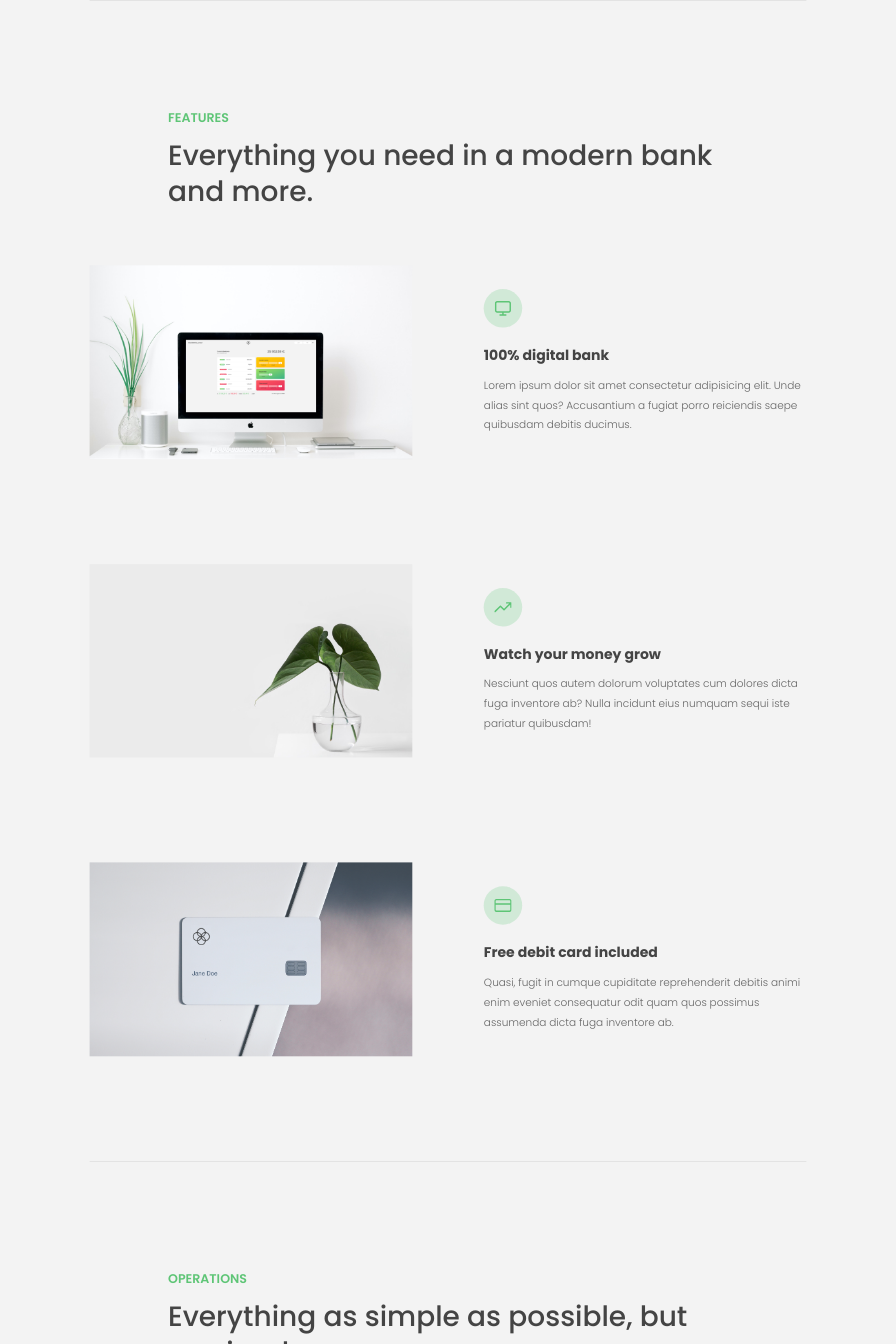
Repository: nptg3105/Bankist
Page: index.html
An editor plug-in stored every save of this project. The page is shown before and after the next save, followed by the edit.
The browser window is 1280 px wide. The pictures show the part of the page from y = 720 to 2640 px (the page is 5090 px tall), at 70% of full size.
Some web libraries are served in a nearby version.

Above is the page before, as saved 2022-06-02 15:45:17.

### index.html
<!DOCTYPE html>
<html lang="en">
  <head>
    <meta charset="UTF-8" />
    <meta name="viewport" content="width=device-width, initial-scale=1.0" />
    <meta http-equiv="X-UA-Compatible" content="ie=edge" />
    <link rel="shortcut icon" type="image/png" href="images/icon.png" />

    <link
      href="https://fonts.googleapis.com/css?family=Poppins:300,400,500,600&display=swap"
      rel="stylesheet"
    />
    <link
      rel="stylesheet"
      href="https://cdnjs.cloudflare.com/ajax/libs/font-awesome/6.1.1/css/all.min.css"
      integrity="sha512-KfkfwYDsLkIlwQp6LFnl8zNdLGxu9YAA1QvwINks4PhcElQSvqcyVLLD9aMhXd13uQjoXtEKNosOWaZqXgel0g=="
      crossorigin="anonymous"
      referrerpolicy="no-referrer"
    />
    <link rel="stylesheet" href="dist/index.css" />
    <title>Bankist | When Banking meets Minimalist</title>
  </head>
  <body>
    <header class="header">
      <nav class="nav">
        <img
          src="images/logo.png"
          alt="Bankist logo"
          class="nav__logo"
          id="logo"
        />
        <ul class="nav__links">
          <li class="nav__item">
            <a class="nav__link" href="#section--1">Features</a>
          </li>
          <li class="nav__item">
            <a class="nav__link" href="#section--2">Operations</a>
          </li>
          <li class="nav__item">
            <a class="nav__link" href="#section--3">Testimonials</a>
          </li>
          <li class="nav__item">
            <a class="nav__link nav__link--btn btn--show-modal" href="#"
              >Open account</a
            >
          </li>
        </ul>
      </nav>

      <div class="header__title container">
        <h1>
          When
          <!-- Green highlight effect -->
          <span class="highlight">banking</span>
          meets<br />
          <span class="highlight">minimalist</span>
        </h1>
        <h4>A simpler banking experience for a simpler life.</h4>
        <button class="btn--text btn--scroll-to">Learn more &DownArrow;</button>
        <img
          src="images/hero.png"
          class="header__img"
          alt="Minimalist bank items"
        />
      </div>
    </header>

    <section class="section container" id="section--1">
      <div class="section__title">
        <h2 class="section__description">Features</h2>
        <h3 class="section__header">
          Everything you need in a modern bank and more.
        </h3>
      </div>

      <div class="features">
        <div class="features__item">
          <img
            src="images/digital-lazy.jpg"
            data-src="images/digital.jpg"
            alt="Computer"
            class="features__img lazy-img"
          />
          <div class="features__feature">
            <div class="features__icon">
              <svg>
                <use xlink:href="images/icons.svg#icon-monitor"></use>
              </svg>
            </div>
            <h5 class="features__header">100% digital bank</h5>
            <p>
              Lorem ipsum dolor sit amet consectetur adipisicing elit. Unde
              alias sint quos? Accusantium a fugiat porro reiciendis saepe
              quibusdam debitis ducimus.
            </p>
          </div>
        </div>

        <div class="features__item">
          <img
            src="images/grow-lazy.jpg"
            data-src="images/grow.jpg"
            alt="Plant"
            class="features__img lazy-img"
          />
          <div class="features__feature">
            <div class="features__icon">
              <svg>
                <use xlink:href="images/icons.svg#icon-trending-up"></use>
              </svg>
            </div>
            <h5 class="features__header">Watch your money grow</h5>
            <p>
              Nesciunt quos autem dolorum voluptates cum dolores dicta fuga
              inventore ab? Nulla incidunt eius numquam sequi iste pariatur
              quibusdam!
            </p>
          </div>
        </div>

        <div class="features__item">
          <img
            src="images/card-lazy.jpg"
            data-src="images/card.jpg"
            alt="Credit card"
            class="features__img lazy-img"
          />
          <div class="features__feature">
            <div class="features__icon">
              <svg>
                <use xlink:href="images/icons.svg#icon-credit-card"></use>
              </svg>
            </div>
            <h5 class="features__header">Free debit card included</h5>
            <p>
              Quasi, fugit in cumque cupiditate reprehenderit debitis animi enim
              eveniet consequatur odit quam quos possimus assumenda dicta fuga
              inventore ab.
            </p>
          </div>
        </div>
      </div>
    </section>

    <section class="section container" id="section--2">
      <div class="section__title">
        <h2 class="section__description">Operations</h2>
        <h3 class="section__header">
          Everything as simple as possible, but no simpler.
        </h3>
      </div>

      <div class="operations">
        <div class="operations__tab-container">
          <button
            class="btn operations__tab operations__tab--1 operations__tab--active"
            data-tab="1"
          >
            <span>01</span>Instant Transfers
          </button>
          <button class="btn operations__tab operations__tab--2" data-tab="2">
            <span>02</span>Instant Loans
          </button>
          <button class="btn operations__tab operations__tab--3" data-tab="3">
            <span>03</span>Instant Closing
          </button>
        </div>
        <div
          class="operations__content operations__content--1 operations__content--active"
        >
          <div class="operations__icon operations__icon--1">
            <svg>
              <use xlink:href="images/icons.svg#icon-upload"></use>
            </svg>
          </div>
          <h5 class="operations__header">
            Tranfser money to anyone, instantly! No fees, no BS.
          </h5>
          <p>
            Lorem ipsum dolor sit amet, consectetur adipisicing elit, sed do
            eiusmod tempor incididunt ut labore et dolore magna aliqua. Ut enim
            ad minim veniam, quis nostrud exercitation ullamco laboris nisi ut
            aliquip ex ea commodo consequat.
          </p>
        </div>

        <div class="operations__content operations__content--2">
          <div class="operations__icon operations__icon--2">
            <svg>
              <use xlink:href="images/icons.svg#icon-home"></use>
            </svg>
          </div>
          <h5 class="operations__header">
            Buy a home or make your dreams come true, with instant loans.
          </h5>
          <p>
            Duis aute irure dolor in reprehenderit in voluptate velit esse
            cillum dolore eu fugiat nulla pariatur. Excepteur sint occaecat
            cupidatat non proident, sunt in culpa qui officia deserunt mollit
            anim id est laborum.
          </p>
        </div>
        <div class="operations__content operations__content--3">
          <div class="operations__icon operations__icon--3">
            <svg>
              <use xlink:href="images/icons.svg#icon-user-x"></use>
            </svg>
          </div>
          <h5 class="operations__header">
            No longer need your account? No problem! Close it instantly.
          </h5>
          <p>
            Excepteur sint occaecat cupidatat non proident, sunt in culpa qui
            officia deserunt mollit anim id est laborum. Ut enim ad minim
            veniam, quis nostrud exercitation ullamco laboris nisi ut aliquip ex
            ea commodo consequat.
          </p>
        </div>
      </div>
    </section>

    <section class="section container" id="section--3">
      <div class="section__title section__title--testimonials">
        <h2 class="section__description">Not sure yet?</h2>
        <h3 class="section__header">
          Millions of Bankists are already making their lifes simpler.
        </h3>
      </div>

      <div class="slider">
        <div class="slide slide--1">
          <div class="testimonial">
            <h5 class="testimonial__header">Best financial decision ever!</h5>
            <blockquote class="testimonial__text">
              Lorem ipsum dolor sit, amet consectetur adipisicing elit.
              Accusantium quas quisquam non? Quas voluptate nulla minima
              deleniti optio ullam nesciunt, numquam corporis et asperiores
              laboriosam sunt, praesentium suscipit blanditiis. Necessitatibus
              id alias reiciendis, perferendis facere pariatur dolore veniam
              autem esse non voluptatem saepe provident nihil molestiae.
            </blockquote>
            <address class="testimonial__author">
              <img src="images/user-1.jpg" alt="" class="testimonial__photo" />
              <h6 class="testimonial__name">Aarav Lynn</h6>
              <p class="testimonial__location">San Francisco, USA</p>
            </address>
          </div>
        </div>

        <div class="slide slide--2">
          <div class="testimonial">
            <h5 class="testimonial__header">
              The last step to becoming a complete minimalist
            </h5>
            <blockquote class="testimonial__text">
              Quisquam itaque deserunt ullam, quia ea repellendus provident,
              ducimus neque ipsam modi voluptatibus doloremque, corrupti
              laborum. Incidunt numquam perferendis veritatis neque repellendus.
              Lorem, ipsum dolor sit amet consectetur adipisicing elit. Illo
              deserunt exercitationem deleniti.
            </blockquote>
            <address class="testimonial__author">
              <img src="images/user-2.jpg" alt="" class="testimonial__photo" />
              <h6 class="testimonial__name">Miyah Miles</h6>
              <p class="testimonial__location">London, UK</p>
            </address>
          </div>
        </div>

        <div class="slide slide--3">
          <div class="testimonial">
            <h5 class="testimonial__header">
              Finally free from old-school banks
            </h5>
            <blockquote class="testimonial__text">
              Debitis, nihil sit minus suscipit magni aperiam vel tenetur
              incidunt commodi architecto numquam omnis nulla autem,
              necessitatibus blanditiis modi similique quidem. Odio aliquam
              culpa dicta beatae quod maiores ipsa minus consequatur error sunt,
              deleniti saepe aliquid quos inventore sequi. Necessitatibus id
              alias reiciendis, perferendis facere.
            </blockquote>
            <address class="testimonial__author">
              <img src="images/user-3.jpg" alt="" class="testimonial__photo" />
              <h6 class="testimonial__name">Francisco Gomes</h6>
              <p class="testimonial__location">Lisbon, Portugal</p>
            </address>
          </div>
        </div>

        <!-- <div class="slide"><img src="images/img-1.jpg" alt="Photo 1" /></div>
        <div class="slide"><img src="images/img-2.jpg" alt="Photo 2" /></div>
        <div class="slide"><img src="images/img-3.jpg" alt="Photo 3" /></div>
        <div class="slide"><img src="images/img-4.jpg" alt="Photo 4" /></div> -->
        <button class="slider__btn slider__btn--left">&larr;</button>
        <button class="slider__btn slider__btn--right">&rarr;</button>
        <div class="dots"></div>
      </div>
    </section>

    <section class="section section--sign-up">
      <div class="section__title">
        <h3 class="section__header">
          The best day to join Bankist was one year ago. The second best is
          today!
        </h3>
      </div>
      <button class="btn btn--show-modal">Open your free account today!</button>
    </section>

    <footer class="footer">
      <ul class="footer__nav">
        <li class="footer__item">
          <a class="footer__link" href="#">About</a>
        </li>
        <li class="footer__item">
          <a class="footer__link" href="#">Pricing</a>
        </li>
        <li class="footer__item">
          <a class="footer__link" href="#">Terms of Use</a>
        </li>
        <li class="footer__item">
          <a class="footer__link" href="#">Privacy Policy</a>
        </li>
        <li class="footer__item">
          <a class="footer__link" href="#">Careers</a>
        </li>
        <li class="footer__item">
          <a class="footer__link" href="#">Blog</a>
        </li>
        <li class="footer__item">
          <a class="footer__link" href="#">Contact Us</a>
        </li>
      </ul>
      <img src="images/icon.png" alt="Logo" class="footer__logo" />
      <p class="footer__copyright">
        &copy; Copyright by
        <a
          class="footer__link twitter-link"
          target="_blank"
          href="https://twitter.com/jonasschmedtman"
          >Jonas Schmedtmann</a
        >. Use for learning or your portfolio. Don't use to teach. Don't claim
        as your own product.
      </p>
    </footer>

    <div class="modal hidden">
      <button class="btn--close-modal">&times;</button>
      <h2 class="modal__header">
        Open your bank account <br />
        in just <span class="highlight">5 minutes</span>
      </h2>
      <form class="modal__form">
        <label>First Name</label>
        <input type="text" />
        <label>Last Name</label>
        <input type="text" />
        <label>Email Address</label>
        <input type="email" />
        <button class="btn">Next step &rarr;</button>
      </form>
    </div>
    <div class="overlay hidden"></div>

    <script src="./src/js/script.js"></script>
  </body>
</html>

### src/js/script.js
"use strict";

///////////////////////////////////////
// Modal window

const modal = document.querySelector(".modal");
const overlay = document.querySelector(".overlay");
const btnCloseModal = document.querySelector(".btn--close-modal");
const btnsOpenModal = document.querySelectorAll(".btn--show-modal");

const btnScroll = document.querySelector(".btn--scroll-to");
const section1 = document.querySelector("#section--1");

const tabs = document.querySelectorAll(".operations__tab");
const tabsContainer = document.querySelector(".operations__tab-container");
const tabsContent = document.querySelectorAll(".operations__content");

const nav = document.querySelector(".nav");

const openModal = function (e) {
  e.preventDefault();
  modal.classList.remove("hidden");
  overlay.classList.remove("hidden");
};

const closeModal = function () {
  modal.classList.add("hidden");
  overlay.classList.add("hidden");
};

btnsOpenModal.forEach((btn) => {
  btn.addEventListener("click", openModal);
});

btnCloseModal.addEventListener("click", closeModal);
overlay.addEventListener("click", closeModal);

document.addEventListener("keydown", function (e) {
  if (e.key === "Escape" && !modal.classList.contains("hidden")) {
    closeModal();
  }
});

//Scroll Smooth
btnScroll.addEventListener("click", function () {
  section1.scrollIntoView({ behavior: "smooth" });
});

document.querySelector(".nav__links").addEventListener("click", (e) => {
  e.preventDefault();
  if (e.target.classList.contains("nav__link")) {
    const id = e.target.getAttribute("href");
    document.querySelector(id).scrollIntoView({ behavior: "smooth" });
  }
});

//Tabbed Component
tabsContainer.addEventListener("click", function (e) {
  const clicked = e.target.closest(".operations__tab");
  // console.log(clicked);

  //Remove classes
  tabs.forEach((tab) => {
    tab.classList.remove("operations__tab--active");
  });
  tabsContent.forEach((content) => {
    content.classList.remove("operations__content--active");
  });

  if (!clicked) return;

  //Active class
  clicked.classList.add("operations__tab--active");

  //Active content area
  document
    .querySelector(`.operations__content--${clicked.dataset.tab}`)
    .classList.add("operations__content--active");
});

//Faded nav
function handleHover(e) {
  if (e.target.classList.contains("nav__link")) {
    const link = e.target;
    const siblings = link.closest(".nav__links").querySelectorAll(".nav__link");

    siblings.forEach((element) => {
      if (element !== link) element.style.opacity = this;
    });
  }
}

nav.addEventListener("mouseover", handleHover.bind(0.5));
nav.addEventListener("mouseout", handleHover.bind(1));

//Sticky Nav
const initialCoords = section1.getBoundingClientRect();
const navHeight = nav.getBoundingClientRect().height;
// console.log(navHeight);

window.addEventListener("scroll", function () {
  if (window.scrollY > initialCoords.top - navHeight) {
    nav.classList.add("sticky");
  }
  if (window.scrollY < initialCoords.top) {
    nav.classList.remove("sticky");
  }
});

//Reveal Section
const allSection = document.querySelectorAll(".section");

function revealSection(entries, observer) {
  const [entry] = entries;
  // console.log(entry);
  if (!entry.isIntersecting) return;
  entry.target.classList.remove("section--hidden");
  observer.unobserve(entry.target);
}

const sectionObserver = new IntersectionObserver(revealSection, {
  root: null,
  threshold: 0.15,
});

allSection.forEach((section) => {
  sectionObserver.observe(section);
  section.classList.add("section--hidden");
});

//Lazy-load image
const imgTargets = document.querySelectorAll("img[data-src]");

function loadImg(entries, observer) {
  const [entry] = entries;
  // console.log(entry);

  if (!entry.isIntersecting) return;

  //Replace src with data-src
  entry.target.src = entry.target.dataset.src;

  entry.target.addEventListener("load", () => {
    entry.target.classList.remove("lazy-img");
  });

  observer.unobserve(entry.target);
}

const imgObserver = new IntersectionObserver(loadImg, {
  root: null,
  threshold: 0,
  rootMargin: "-200px",
});

imgTargets.forEach((img) => imgObserver.observe(img));

//Slider
function slider() {
  const slides = document.querySelectorAll(".slide");
  const btnNext = document.querySelector(".slider__btn--right");
  const btnPrev = document.querySelector(".slider__btn--left");
  const dotContainer = document.querySelector(".dots");

  let curSlide = 0;
  const maxSlide = slides.length;

  //Function
  function createDot() {
    slides.forEach((_, i) => {
      dotContainer.insertAdjacentHTML(
        "beforeend",
        `<button class="dots__dot" data-slide=${i}></button>`
      );
    });
  }

  function activeDot(slide) {
    document
      .querySelectorAll(".dots__dot")
      .forEach((dot) => dot.classList.remove("dots__dot--active"));

    document
      .querySelector(`.dots__dot[data-slide="${slide}"]`)
      .classList.add("dots__dot--active");
  }

  function goToSlide(slide) {
    slides.forEach((s, i) => {
      s.style.transform = `translateX(${100 * (i - slide)}%)`;
    });
  }

  function init() {
    goToSlide(0);
    createDot();
    activeDot(0);
  }
  init();

  //Next Slide
  function nextSlide() {
    if (curSlide === maxSlide - 1) {
      curSlide = 0;
    } else {
      curSlide++;
    }

    goToSlide(curSlide);
    activeDot(curSlide);
  }

  //PrevSlide
  function prevSlide() {
    if (curSlide === 0) {
      curSlide = maxSlide - 1;
    } else {
      curSlide--;
    }
    goToSlide(curSlide);
    activeDot(curSlide);
  }

  btnNext.addEventListener("click", nextSlide);
  btnPrev.addEventListener("click", prevSlide);

  document.addEventListener("keydown", function (e) {
    if (e.key === "ArrowLeft") prevSlide();
    e.key === "ArrowRight" && nextSlide();
  });

  dotContainer.addEventListener("click", function (e) {
    if (e.target.classList.contains("dots__dot")) {
      const slide = e.target.dataset.slide;
      goToSlide(slide);
      activeDot(slide);
    }
  });
}

slider();

Loaded but not shown: dist/index.css (library)

After the next save:
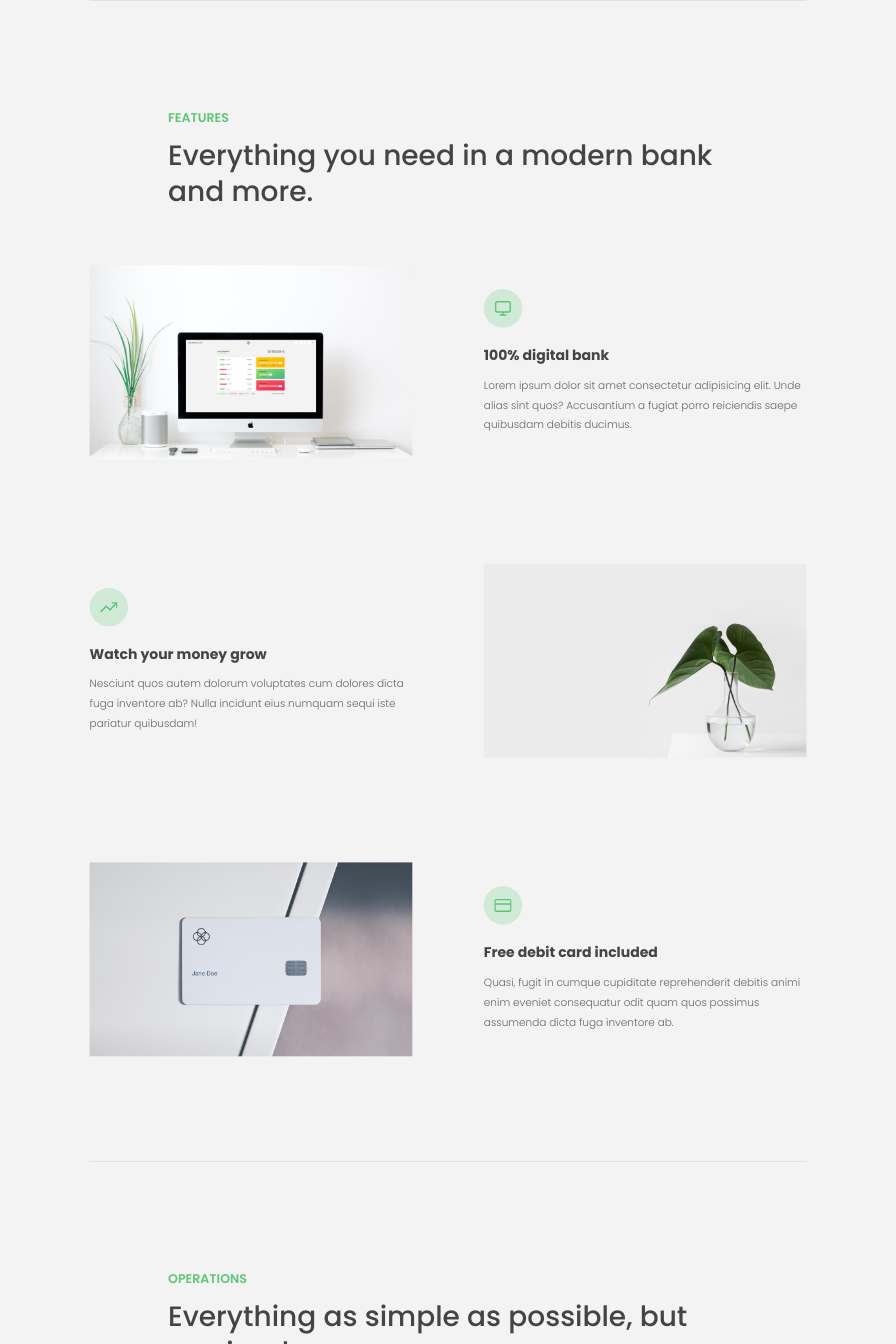
Saved 24 s later.
--- a/index.html
+++ b/index.html
@@ -96,7 +96,7 @@
           </div>
         </div>
 
-        <div class="features__item">
+        <div class="features__item features__item--reverse">
           <img
             src="images/grow-lazy.jpg"
             data-src="images/grow.jpg"
